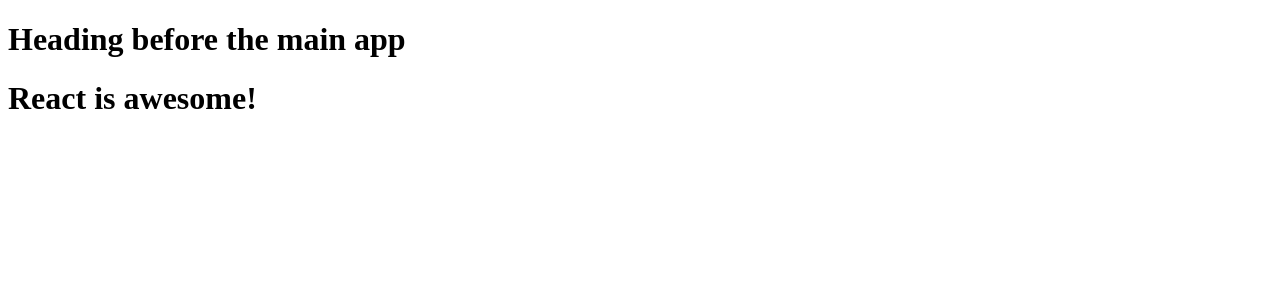
Repository: j1s00jang/frontend_bookstore
Page: /
An editor plug-in stored every save of this project. The page is shown before and after the next save, followed by the edit.
The browser window is 1280 px wide. The pictures show the whole page.
The project was rebuilt for these pictures with package versions that can differ from the ones it lists, and the page was loaded fresh each time. Also part of the build but not shown: vite.config.js, src/index.css.

Above is the page before, as saved 2025-09-08 15:39:15.

### index.html
<!DOCTYPE html>
<html lang="en">
    <head>
        <meta charset="UTF-8" />
        <link
            rel="icon"
            type="image/svg+xml"
            href="/favicon.ico"
        />
        <meta
            name="viewport"
            content="width=device-width, initial-scale=1.0"
        />
        <title>Let's grab a bagel with Shema!</title>
    </head>
    <body>
        <h1>Heading before the main app</h1>
        <div id="root">
            <!-- YOUR APPLICATION LIVES HERE -->
        </div>
        <script
            type="module"
            src="/src/main.jsx"
        ></script>
    </body>
</html>

### src/App.jsx
function App() {
    return <h1>React is awesome!</h1>;
}

export default App;

Loaded but not shown: src/main.jsx (common file)

After the next save:
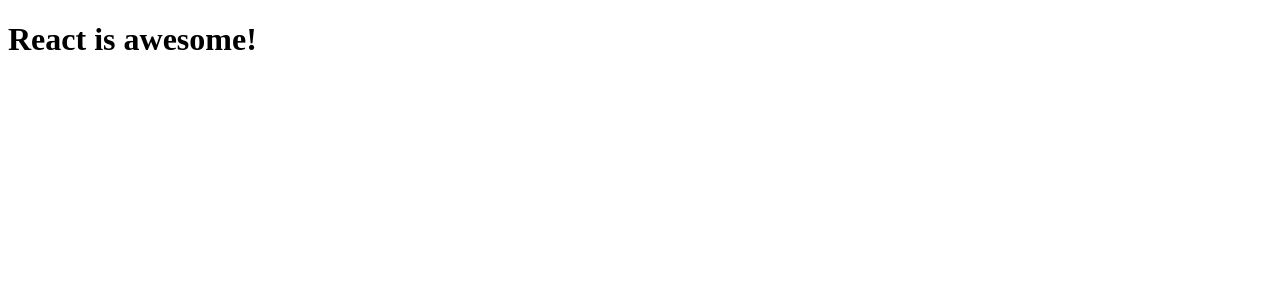
Saved 16 s later.
--- a/index.html
+++ b/index.html
@@ -14,7 +14,6 @@
         <title>Let's grab a bagel with Shema!</title>
     </head>
     <body>
-        <h1>Heading before the main app</h1>
         <div id="root">
             <!-- YOUR APPLICATION LIVES HERE -->
         </div>
